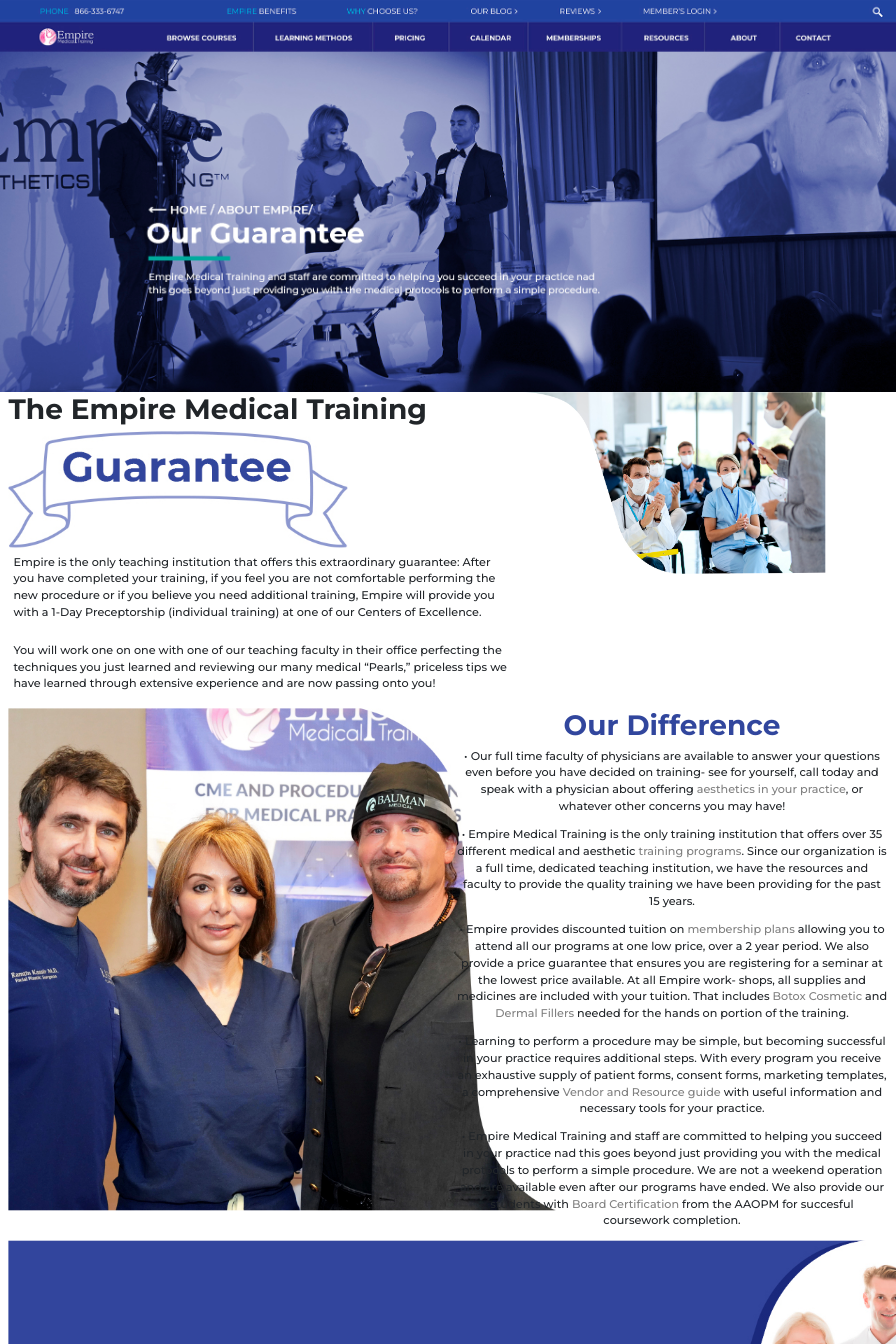
Repository: jorgi710/BODY-CONTOURING-INJECTABLES-AND-ADJUNCT-PROCEDURES
Page: our quarantee/file/src/index.html
These files come from the project's save history. The page is drawn as it stood at one moment and after the next save; the edit follows.
The browser window is 1280 px wide. The pictures show the part of the page from y = 0 to 1920 px (the page is 6338 px tall), at 70% of full size.

Above is the page before, as saved 2021-04-06 07:06:41.

After the next save:
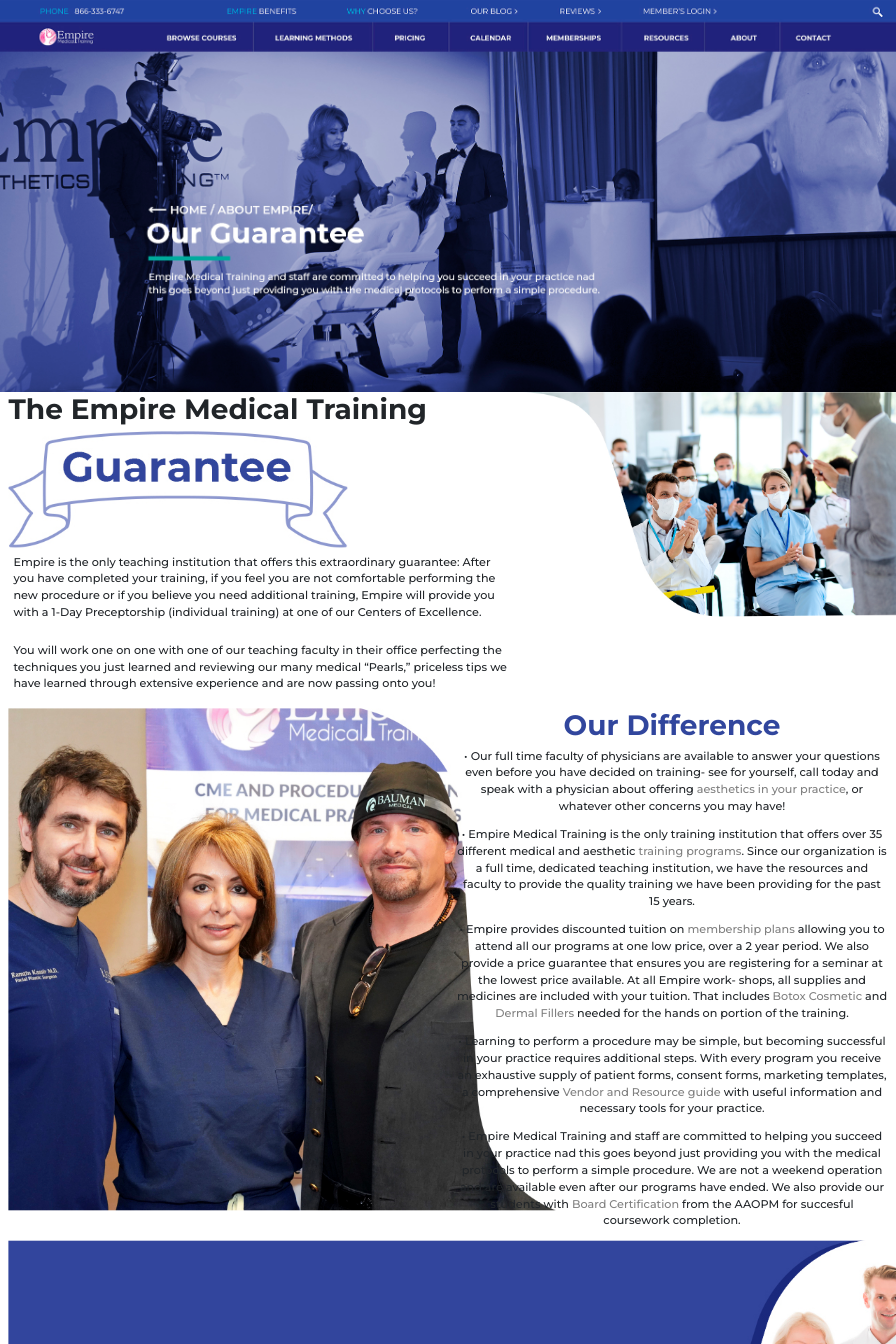
Saved 6 s later.
--- a/our quarantee/file/css/style.css
+++ b/our quarantee/file/css/style.css
@@ -50,7 +50,7 @@
   padding: 1vmin 1vmin;
 }
 .section_1 .row .col-md-5 img {
-  width: 60vh;
+  width: 80vh;
 }
 .section_1 .row .col-md-7 p {
   padding: 1vmin 1vmin;
